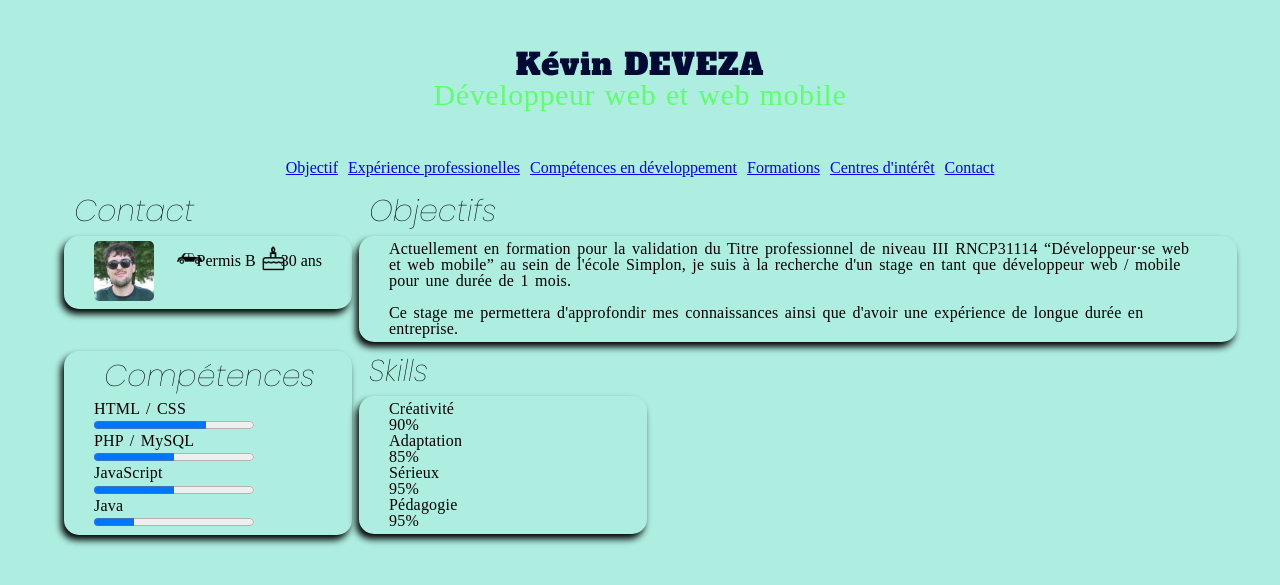
Repository: KevinDvZ/kevindvz.github.io
Page: index.html
An editor plug-in stored every save of this project. The page is shown before and after the next save, followed by the edit.
The browser window is 1280 px wide. The pictures show the whole page.

Above is the page before, as saved 2020-10-28 11:40:09.

After the next save:
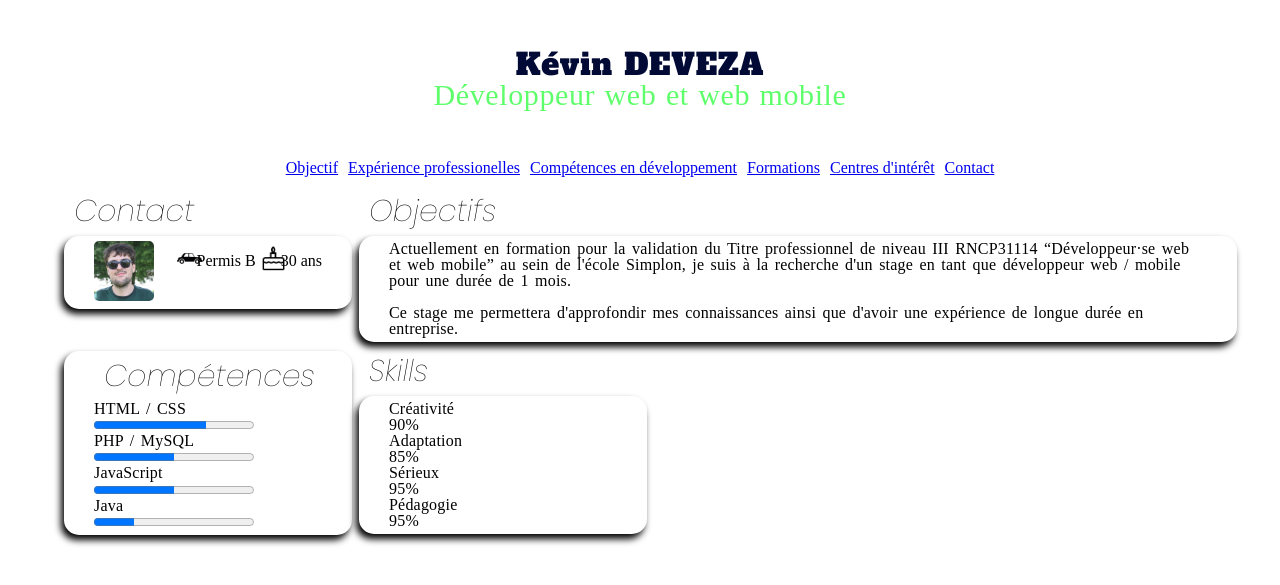
Saved 9 s later.
--- a/css/cv_deveza.css
+++ b/css/cv_deveza.css
@@ -51,7 +51,7 @@ p {
 }
 
 body {
-  background: rgb(174, 238, 225);
+  background: rgb(255, 255, 255);
 }
 
 main {
